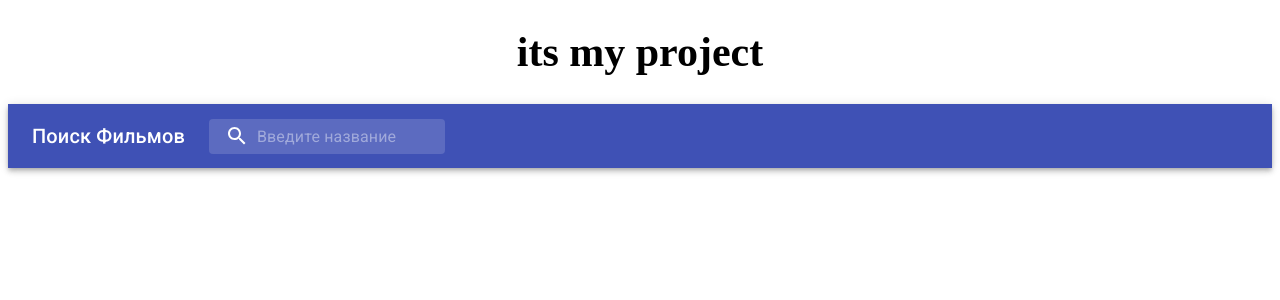
Repository: Hansol46/Films-archive
Page: /
An editor plug-in stored every save of this project. The page is shown before and after the next save, followed by the edit.
The browser window is 1280 px wide. The pictures show the whole page.
The page's requests for data from a server got no answer. The project was rebuilt for these pictures with package versions that can differ from the ones it lists, and the page was loaded fresh each time. No one was signed in, and anything a server would have sent is missing. Also part of the build but not shown: webpack.config.js.

Above is the page before, as saved 2020-09-25 12:11:24.

After the next save:
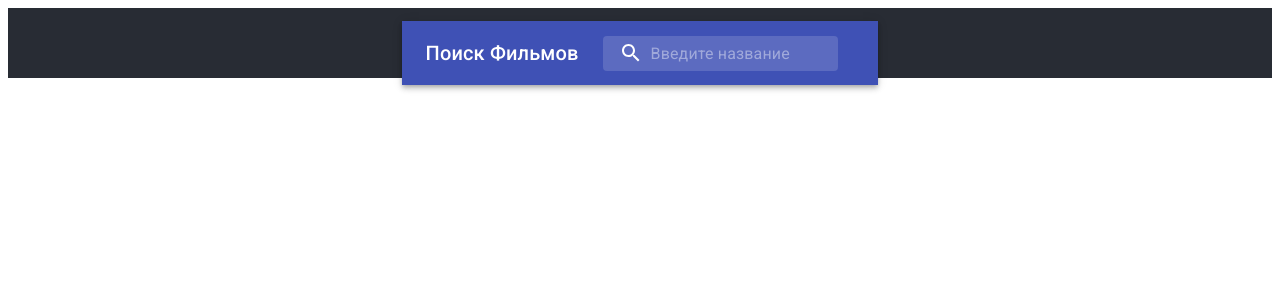
Saved 1 s later.
--- a/src/styles/App.css
+++ b/src/styles/App.css
@@ -3,6 +3,114 @@ h1 {
     text-align: center;
     font-size: 42px;
 }
-.main {
-    height: 100vh;
-}
+
+
+.App-header {
+    background-color: #282c34;
+    height: 70px;
+    display: flex;
+    flex-direction: column;
+    align-items: center;
+    justify-content: center;
+    font-size: calc(10px + 2vmin);
+    color: white;
+    padding: 20px;
+    cursor: pointer;
+  }
+
+  .spinner {
+    height: 80px;
+    margin: auto;
+  }
+
+  .App-intro {
+    font-size: large;
+  }
+
+  /* new css for movie component */
+
+  * {
+    box-sizing: border-box;
+  }
+
+  .movies {
+    display: flex;
+    flex-wrap: wrap;
+    flex-direction: row;
+  }
+
+  .App-header h2 {
+    margin: 0;
+  }
+
+  .add-movies {
+    text-align: center;
+  }
+
+  .add-movies button {
+    font-size: 16px;
+    padding: 8px;
+    margin: 0 10px 30px 10px;
+  }
+
+  .movie {
+    padding: 5px 25px 10px 25px;
+    max-width: 25%;
+  }
+
+  .errorMessage {
+    margin: auto;
+    font-weight: bold;
+    color: rgb(161, 15, 15);
+  }
+
+
+  .search {
+    display: flex;
+    flex-direction: row;
+    flex-wrap: wrap;
+    justify-content: center;
+    margin-top: 10px;
+  }
+
+
+  input[type="submit"] {
+    padding: 5px;
+    background-color: transparent;
+    color: black;
+    border: 1px solid black;
+    width: 80px;
+    margin-left: 5px;
+    cursor: pointer;
+  }
+
+
+  input[type="submit"]:hover {
+    background-color: #282c34;
+    color: antiquewhite;
+  }
+
+
+  .search > input[type="text"]{
+    width: 40%;
+    min-width: 170px;
+  }
+
+  @media screen and (min-width: 694px) and (max-width: 915px) {
+    .movie {
+      max-width: 33%;
+    }
+  }
+
+  @media screen and (min-width: 652px) and (max-width: 693px) {
+    .movie {
+      max-width: 50%;
+    }
+  }
+
+
+  @media screen and (max-width: 651px) {
+    .movie {
+      max-width: 100%;
+      margin: auto;
+    }
